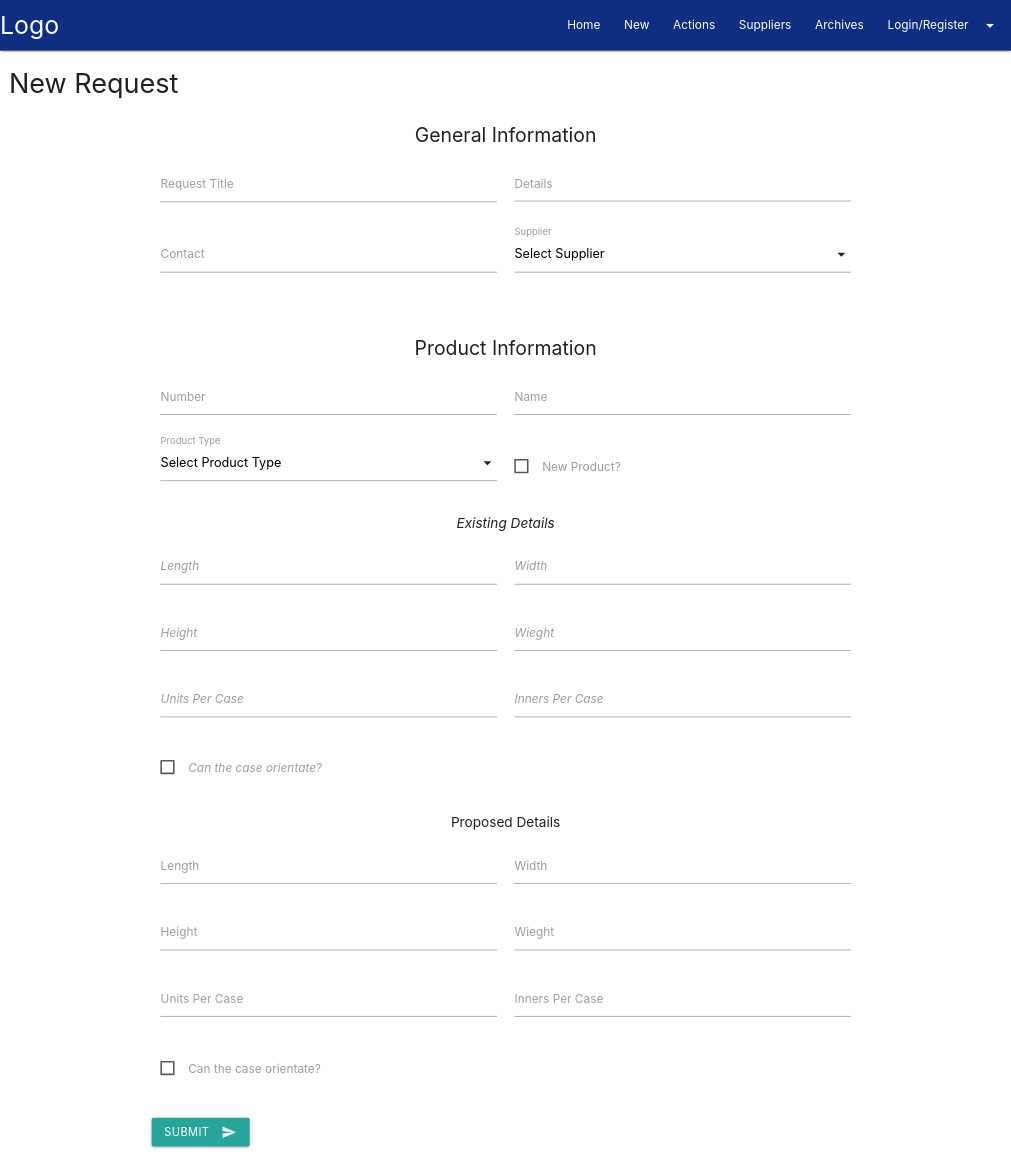
Repository: jamesgreen21/product-request-tracker
Page: tracker/templates/request_add.html
The author's editor kept a record of every edit. The page is drawn from the files as they stood at one moment, then again after the next edit.
The browser window is 1280 px wide. The pictures show the whole page, at 79% of full size.
The template is drawn by Flask 3. The application's start-up code is not run. Other server files are loaded and not shown. The template is opened directly, without the code that normally fills it, so the values that code supplies are empty.

Above is the page before.

### tracker/templates/request_add.html
{% extends 'base.html' %}
{% block title %}<title>Request Tracker | New Request</title>{% endblock %}

{% block content %}

    <div class="container-fluid">
        <div class="row">
            <div class="col s12">
                <h4 class="branded-title">New Request</h4>
            </div>
        </div>
    </div>

    <div class="container">
        <form method="POST" action="{{ url_for('main.add_request') }}">
            <div class="row">
                <h5 class="center">General Information</h5>
                <div class="input-field col s12 l6">
                    <input id="title" name="title" type="text" class="validate" required>
                    <label for="title">Request Title</label>
                </div>
                <div class="input-field col s12 l6">
                    <textarea id="content" name="content" class="materialize-textarea" required></textarea>
                    <label for="content">Details</label>
                </div>
                <div class="input-field col s12 l6">
                    <input id="contact_name" name="contact_name" type="text" class="validate" required>
                    <label for="contact_name">Contact</label>
                </div>
                <div class="input-field col s12 l6">
                    <select id="supplier_id" name="supplier_id" required>
                        <option value="" disabled selected>Select Supplier</option>
                        {% for supplier in suppliers %}
                        <option value="{{ supplier.id }}">{{ supplier.supplier_name }}</option>
                        {% endfor %}
                    </select>
                    <label>Supplier</label>
                </div>
            </div>
            <br>
            <div class="row">
                <h5 class="center">Product Information</h5>
                <div class="input-field col s12 l6">
                    <input id="product_number" name="product_number" type="number" class="validate" required>
                    <label for="product_number">Number</label>
                </div>
                <div class="input-field col s12 l6">
                    <input id="product_name" name="product_name" type="text" class="validate" required>
                    <label for="product_name">Name</label>
                </div>
                <div class="input-field col s12 l6">
                    <select id="product_type" name="product_type" required>
                        <option value="" disabled selected>Select Product Type</option>
                        <option value="frz_dess">Frozen Dessert</option>
                        <option value="frz_meat">Frozen Meat</option>
                        <option value="frz_side">Frozen Side</option>
                        <option value="chi_bev">Chilled Beverages</option>
                        <option value="chi_dair">Chilled Dairy</option>
                        <option value="chi_ssl">Chilled Short Shelf Life</option>
                        <option value="dry_food">Dry Food</option>
                        <option value="dry_pack">Dry Packaging</option>
                    </select>
                    <label>Product Type</label>
                </div>
                <div class="input-field col s12 l6">
                    <p>
                        <label>
                            <input class="new_product" name="new_product" type="checkbox" />
                            <span>New Product?</span>
                        </label>
                    </p>
                </div>
            </div>
            <div id="existing_product" class="row existing-product">
                <h6 class="center">Existing Details</h6>
                <div class="input-field col s12 l6">
                    <input class="existing_detail" id="ex_product_length" name="ex_product_length" type="number" class="validate" required>
                    <label for="ex_product_length">Length</label>
                </div>
                <div class="input-field col s12 l6">
                    <input class="existing_detail" id="ex_product_width" name="ex_product_width" type="number"  min="0" class="validate" required>
                    <label for="ex_product_width">Width</label>
                </div>
                <div class="input-field col s12 l6">
                    <input class="existing_detail" id="ex_product_height" name="ex_product_height" type="number" min="0" class="validate" required>
                    <label for="ex_product_height">Height</label>
                </div>
                <div class="input-field col s12 l6">
                    <input class="existing_detail" id="ex_product_weight" name="ex_product_weight" type="number" min="0" step=".01" class="validate" required>
                    <label for="ex_product_weight">Wieght</label>
                </div>
                <div class="input-field col s12 l6">
                     <input class="existing_detail" id="ex_units_per_case" name="ex_units_per_case" type="number" min="0" step=".01" class="validate" required>
                    <label for="ex_units_per_case">Units Per Case</label>
                </div>
                <div class="input-field col s12 l6">
                     <input class="existing_detail" id="ex_inners_per_case" name="ex_inners_per_case" type="number" min="0" class="validate" required>
                    <label for="ex_inners_per_case">Inners Per Case</label>
                </div>
                <div class="input-field col s12">
                   <p>
                        <label>
                            <input name="ex_case_orientation" type="checkbox" />
                            <span>Can the case orientate?</span>
                        </label>
                    </p>
                </div>
            </div>
            <div class="row">
                <h6 class="center">Proposed Details</h6>
                <div class="input-field col s12 l6">
                    <input id="product_length" name="product_length" type="number" min="0" class="validate" required>
                    <label for="product_length">Length</label>
                </div>
                <div class="input-field col s12 l6">
                    <input id="product_width" name="product_width" type="number"  min="0" class="validate" required>
                    <label for="product_width">Width</label>
                </div>
                <div class="input-field col s12 l6">
                    <input id="product_height" name="product_height" type="number" min="0" class="validate" required>
                    <label for="product_height">Height</label>
                </div>
                <div class="input-field col s12 l6">
                    <input id="product_weight" name="product_weight" type="number" min="0" step=".01" class="validate" required>
                    <label for="product_weight">Wieght</label>
                </div>
                <div class="input-field col s12 l6">
                     <input id="units_per_case" name="units_per_case" type="number" min="0" step=".01" class="validate" required>
                    <label for="units_per_case">Units Per Case</label>
                </div>
                <div class="input-field col s12 l6">
                     <input id="inners_per_case" name="inners_per_case" type="number" min="0" class="validate" required>
                    <label for="inners_per_case">Inners Per Case</label>
                </div>
                <div class="input-field col s12">
                   <p>
                        <label>
                            <input name="case_orientation" type="checkbox" />
                            <span>Can the case orientate?</span>
                        </label>
                    </p>
                </div>
            </div>
            <div class="row">
                <button class="btn waves-effect waves-light" type="submit">Submit<i class="material-icons right">send</i></button>
            </div>
        </form>
    </div>

{% endblock content %}

{% block script %}

<script type="text/javascript">
    $(".new_product").change(function(){

        if ($(this).prop('checked')) {
            $("#existing_product").slideUp();
            $(".existing_detail").each(function(){
                $(this).val(0)
            })
        } else {
            $("#existing_product").slideDown();
            $(".existing_detail").each(function(){
                $(this).val("")
            })
        }
    });
</script>

{% endblock script %}

### tracker/templates/base.html
<!DOCTYPE html>
<html>

<head>
    <!--Import Google Icon Font-->
    <link href="https://fonts.googleapis.com/icon?family=Material+Icons" rel="stylesheet">
    <!--Import materialize.css-->
    <link rel="stylesheet" href="https://cdnjs.cloudflare.com/ajax/libs/materialize/1.0.0/css/materialize.min.css">
    <link rel="stylesheet" href="{{ url_for('static', filename='css/main.css') }}" type="text/css" />
    <!--Let browser know website is optimized for mobile-->
    <meta name="viewport" content="width=device-width, initial-scale=1.0" /> {% block title %}{% endblock %}
</head>

<body>

    <!-- Navbar Dropdown -->
    <ul id="dropdown1" class="dropdown-content">
        {% if current_user.is_authenticated %}
        <li><a href="{{ url_for('auth.logout') }}">Logout</a></li>
        {% else %}
        <li><a href="{{ url_for('auth.login') }}">Login</a></li>
        <li><a href="{{ url_for('auth.register') }}">Register</a></li>
        {% endif %}
    </ul>

    <!-- Navbar -->
    <div class="navbar-fixed">
        <nav>
            <div class="nav-wrapper branded-blue">
                <a href="{{ url_for('main.index') }}" class="brand-logo">Logo</a>
                <a href="#" data-target="mobile-demo" class="sidenav-trigger"><i class="material-icons">menu</i></a>
                <ul class="right hide-on-med-and-down">
                    <li><a href="{{ url_for('main.index') }}">Home</a></li>
                    <li><a href="{{ url_for('main.add_request') }}">New</a></li>
                    <li><a href="{{ url_for('action.action_outstanding') }}">Actions</a></li>
                    <li><a href="{{ url_for('supplier.suppliers') }}">Suppliers</a></li>
                    <li><a href="{{ url_for('main.archives') }}">Archives</a></li>
                    <!-- Dropdown Trigger -->
                    <li><a class="dropdown-trigger" href="#!" data-target="dropdown1">
                        {% if current_user.is_authenticated %}{{ current_user.username }}{% else %}Login/Register{% endif %}
                        <i class="material-icons right">arrow_drop_down</i>
                    </a></li>
                </ul>
            </div>
        </nav>
    </div>

    <!-- Navbar Mobile -->
    <ul class="sidenav" id="mobile-demo">
        <li><a href="{{ url_for('main.index') }}">Home</a></li>
        <li><a href="{{ url_for('main.add_request') }}">New</a></li>
        <li><a href="{{ url_for('action.action_outstanding') }}">Actions</a></li>
        <li><a href="{{ url_for('supplier.suppliers') }}">Suppliers</a></li>
        <li><a href="{{ url_for('main.archives') }}">Archives</a></li>

        <!--Authentification check-->
        {% if current_user.is_authenticated %}
        <li><a href="{{ url_for('auth.logout') }}">Logout</a></li>
        {% else %}
        <li><a href="{{ url_for('auth.login') }}">Login</a></li>
        <li><a href="{{ url_for('auth.register') }}">Register</a></li>
        {% endif %}
    </ul>

    <!----- Messages ----->
    {% with messages = get_flashed_messages(with_categories=true) %}
    {% if messages %}
        {% for category, message in messages %}
        <div class="card-panel center flash-message {{ category }}">
            <span>{{ message }}</span>
        </div>
        {% endfor %}
    {% endif %}
    {% endwith %}

    <!----- Page content ----->
    {% block content %} {% endblock %}

    <!-- jquery -->
    <script src="https://code.jquery.com/jquery-3.4.0.js" integrity="sha256-DYZMCC8HTC+QDr5QNaIcfR7VSPtcISykd+6eSmBW5qo=" crossorigin="anonymous"></script>
    <!--JavaScript at end of body for optimized loading-->
    <script src="https://cdnjs.cloudflare.com/ajax/libs/materialize/1.0.0/js/materialize.min.js"></script>
    <script type="text/javascript">
        $(document).ready(function() {

        //  Materialize - initialize
            $('.sidenav').sidenav();
            $(".dropdown-trigger").dropdown();
            $('select').formSelect();
            $('.collapsible').collapsible();
            $('.materialboxed').materialbox();
            $('.fixed-action-btn').floatingActionButton();
            $('.tooltipped').tooltip();
            $('.modal').modal();

            //  Number formatting for thousand comma
            $( ".numberFormat" ).each(function() {
                var val = parseInt($(this).text());
                if (val > 10) {
                    val = numberWithCommas(val);
                    console.log(val)
                    $(this).text(val);
                }
            });
        });

        //  Materialize - Floating button
        document.addEventListener('DOMContentLoaded', function() {
            var elems = document.querySelectorAll('.fixed-action-btn');
            var instances = M.FloatingActionButton.init(elems, {
                direction: 'left'
            });
        });

        // ----- Pass Post ID to the Side Nav on "Action" button click
        $('.post_id').click(function() {
            var post_id = $(this).attr('data_id');

        });

        //  Number formatting for thousand comma
       function numberWithCommas(val) {
            return val.toString().replace(/\B(?=(\d{3})+(?!\d))/g, ",");
        }

    </script>

{% block script %} {% endblock %}

</body>

</html>

### tracker/static/css/main.css
/*----- Color themes ----- */

.flash-message {
    color: white;
    font-weight: 500;
}

.success {
    background-color: #26a69a;
}

.error {
    background-color: red;
}

.information {
    background-color: #3d8eff;
}

.branded-blue {
    background-color: #0d2e81;
}

.text-branded-blue {
    color: #0d2e81;
}

.text-white {
    color: #fff;
}

.text-green {
    color: green;
}

.text-red {
    color: red;
}

.border-branded-blue {
    border: solid #0d2e81 1px;
}

.border-white {
    border: solid #fff 1px;
}

.approval-green {
    color: #26a69a;
}

.approval-yellow {
    color: #fdd835;
}

.approval-red {
    color: #ff3d00;
}


/*----- Headings ----- */

.branded-title {}


/*----- Images ----- */

.product-img {
    max-height: 50px;
    border-radius: 50%;
}

/*----- Padding, Margins ----- */

.branded-side-padding {
    padding-right: 1rem;
    padding-left: 1rem;
}


/*----- Tracker Home Screen ----- */

.post-center {
    align-self: center;
    text-align: center;
    text-align: -webkit-center;
}

.post-left {
    align-self: center;
    text-align: left;
    text-align: -webkit-left;
}

/*.post-title-container {*/
/*    width: 66.666%;*/
/*}*/

.post-img-container {
    display: none;
    width: 16.666%;
}

.post-btn-container {
    width: 41.666%;
}

.post-content-container {
    width: 58.333%;
}

.post-action-container {
    display: none;
    width: 8.333%;
}

.post-action {
    background-color: grey;
    border: 2px solid white;
    height: 30px;
    width: 30px;
    border-radius: 50%;
    -moz-border-radius: 50%;
    -webkit-border-radius: 50%;
}

.post-dropdown{
    min-width: 200px;
}

table.branded-table {
    border: 2px solid #EEEEEE;
    text-align: center;
    border-collapse: collapse;
}

table.branded-product-table td,
table.branded-product-table th,
table.branded-table td,
table.branded-table th {
    border: 1px solid #0D2E81;
}

table.branded-product-table thead,
table.branded-table thead {
    background: #0D2E81;
    border-bottom: 4px solid #26A699;
}

table.branded-product-table thead th,
table.branded-table thead th {
    font-weight: bold;
    color: #FFFFFF;
    text-align: center;
    border-left: 2px solid #FFFFFF;
}

table.branded-product-table thead th:first-child,
table.branded-table thead th:first-child {
    border-left: none;
}


table.branded-product-table {
    border: 5px solid #0D2E81;
    text-align: center;
    border-collapse: collapse;
}

table.branded-product-table td:nth-child(even) {
    background: #EBEBEB;
}


/*----- Actions ----- */

.action-container{
    margin-top: 1rem;
}

.action-sidenav {
    padding: 20px;
    text-align: center;
}

.action-cards {
    text-align: center;
    border: solid #fff 10px;
}

.action-cards h4 {
    width: 100%;
    height: 60px;
    padding: 5px;
    border: solid #fff 2px;
    background-color: #092059;
}

.action-cards h6 {
    font-weight: 600;
    text-transform: uppercase;
}

.action-approval {
    font-size: 50px;
    font-weight: 600;
}


.action-detail-icon {
    text-align: right;
    align-self: center;
}

.existing-product {
    font-size: small;
    font-style: italic;
}

/*----- Output Form ----- */

.output-form tr td {
    padding: 5px;
}

.output-image {
    max-height: 200px;
}


/*----- Animations ----- */

.wiggle {
    animation: shake 0.82s cubic-bezier(.36, .07, .19, .97) both;
    -webkit-transform: translate3d(0, 0, 0);
    -moz-transform: translate3d(0, 0, 0);
    transform: translate3d(0, 0, 0);
    backface-visibility: hidden;
    perspective: 1000px;
}

.zoom:hover{
    -webkit-transform: scale(1.05);
    -moz-transform: scale(1.05);
    transform: scale(1.05);
    transition: all ease 500ms;
    z-index: 1;
}
.zoom{
    -webkit-transform: scale(0.95);
    -moz-transform: scale(0.95);
    transform: scale(0.95);
    transition: all ease 250ms;
    z-index: 0;
}

@keyframes shake {
    10%,
    90% {
        transform: translate3d(-1px, 0, 0);
    }

    20%,
    80% {
        transform: translate3d(2px, 0, 0);
    }

    30%,
    50%,
    70% {
        transform: translate3d(-4px, 0, 0);
    }

    40%,
    60% {
        transform: translate3d(4px, 0, 0);
    }
}


/*----- Responsive ----- */

@media screen and (min-width: 600px) {

    .post-img-container {
        display: block;
    }

    .post-btn-container {
        width: 25%;
    }
}

@media screen and (min-width: 992px) {

    .post-img-container {
        width: 8.333%;
    }

    .post-btn-container {
        width: 16.666%;
    }

    .post-content-container {
        width: 41.666%;
    }
    .post-action-container {
        display: block;
    }
    .action-container{
        margin-top: 0;
    }
}

After the next edit:
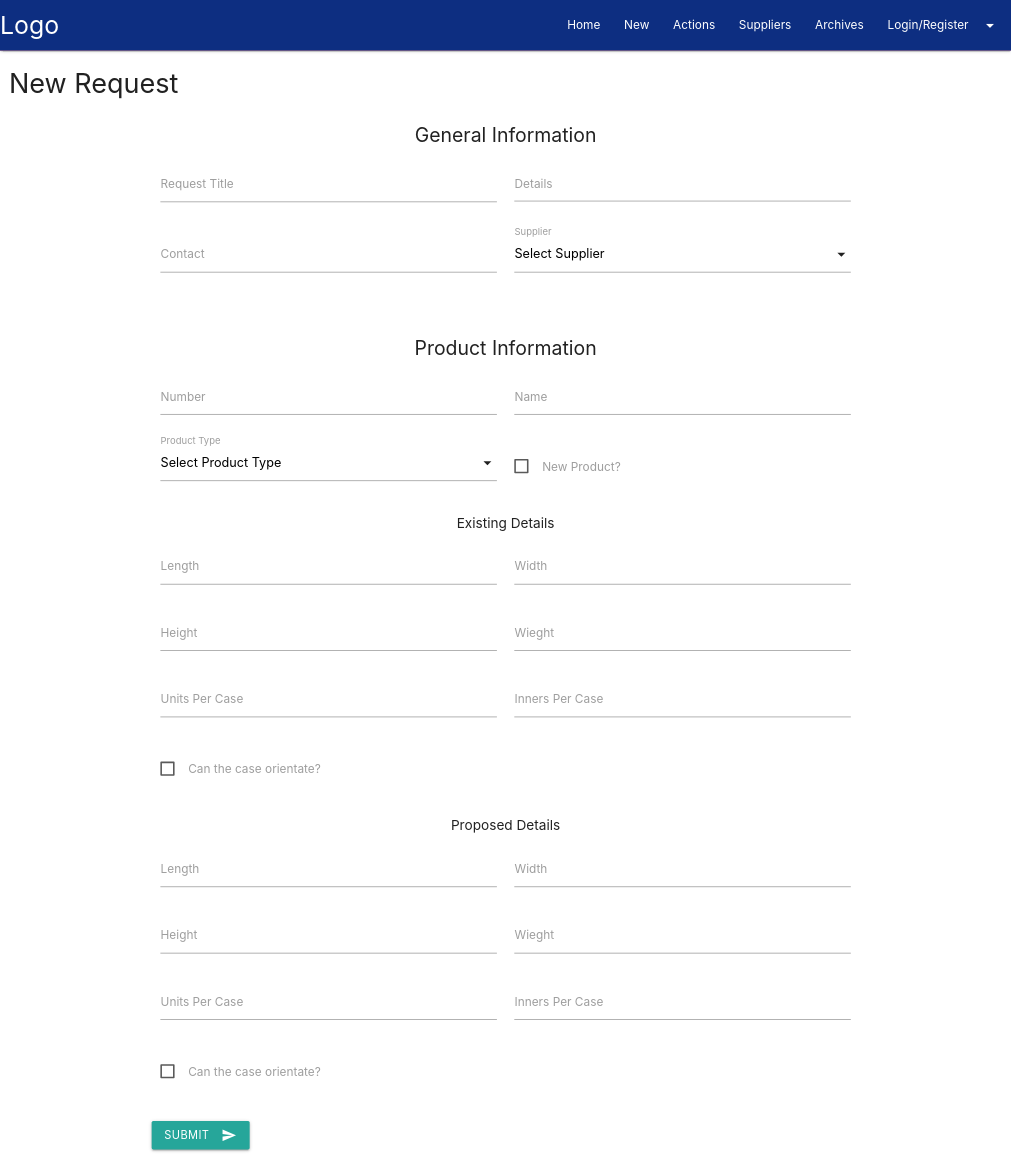
The edit:
--- a/tracker/templates/request_add.html
+++ b/tracker/templates/request_add.html
@@ -71,7 +71,7 @@
                     </p>
                 </div>
             </div>
-            <div id="existing_product" class="row existing-product">
+            <div id="existing_product" class="row">
                 <h6 class="center">Existing Details</h6>
                 <div class="input-field col s12 l6">
                     <input class="existing_detail" id="ex_product_length" name="ex_product_length" type="number" class="validate" required>
